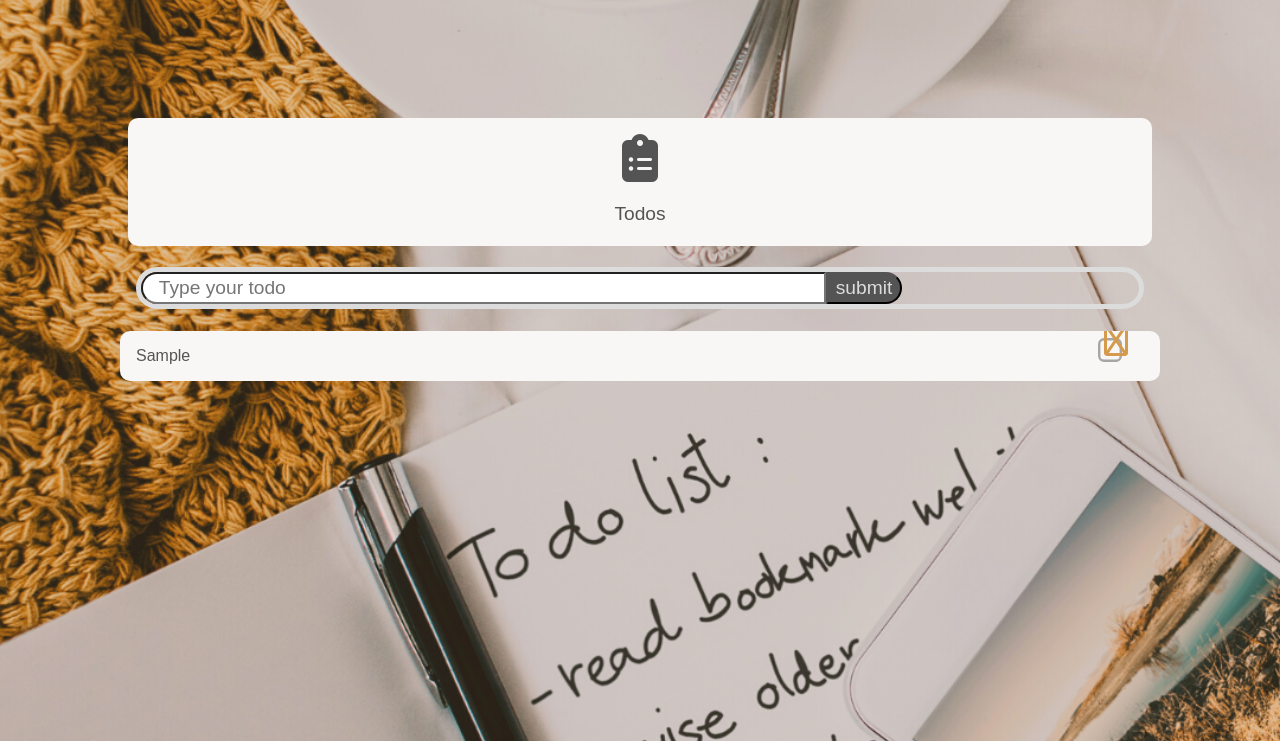
Repository: ShindanoSingi/My-Channel-Videos
Page: index.html
The author's editor kept a copy of each file at every save. The page is drawn from the files as they stood at one save, then again after the next save.
The browser window is 1280 px wide. The pictures show the whole page.
Empty fields were first filled with sample values (such as "Sample", 5 or name@example.com).
After loading, the first visible `#submit-button` was clicked once.
Some web libraries are served in a nearby version.

Above is the page before, as saved 2023-07-18 22:54:21.

### index.html
<!DOCTYPE html>
<html lang="en">
<head>
    <meta charset="UTF-8">
    <meta name="viewport" content="width=device-width, initial-scale=1.0">
    <link rel="stylesheet" href="https://cdnjs.cloudflare.com/ajax/libs/font-awesome/6.2.0/css/all.min.css" integrity="sha512-xh6O/CkQoPOWDdYTDqeRdPCVd1SpvCA9XXcUnZS2FmJNp1coAFzvtCN9BmamE+4aHK8yyUHUSCcJHgXloTyT2A==" crossorigin="anonymous" referrerpolicy="no-referrer" />
    <link rel="stylesheet" href="https://use.fontawesome.com/releases/v5.12.1/css/all.css" crossorigin="anonymous">
    <Link rel="stylesheet" href="style.css">
    <title>Todo App</title>
</head>
<body>
    <div class="container">
        <div class="top-div">
            <i class="todo-icon fa-solid fa-clipboard-list"></i>
            <span>Todos</span>
        </div>

        <div class="input-button-container">
            <input class="input-field" id="input-field" type="text" placeholder="Type your todo">
            <input type="submit" value="submit" class="submit-button" id="submit-button">
        </div>
        <div class="div-checkbox-containers-parent" id="div-checkbox-containers-parent">
            </div>
        </div>
    </div>
    <script src="index.js"></script>
</body>
</html>

### style.css
:root{
    --gray-color: #545454;
    --background-color: #F8F7F6;
    --general-font: 1.2rem;
    --light-blue:#1E90FF;
    --light-gray:#DCDCDC;
    --border-radius: 10px;
    --input-border-radius: 50px;
    --padding-x: 0.5rem;
    --padding-y: 0.2rem;
    --screen: 100vw;
    --orange: #D59A4C;
    --gray: #A6A6A6;
}

body{
    color: var(--gray-color);
    font-family: 'Montserrat', sans-serif;
    font-size: var(--general-font);
    background-image: url(images/Background.png);
    background-size: cover;
    background-repeat: no-repeat;
    background-position: center;
    width: fit-content;
    box-sizing: 0;
    margin: 0;
    padding: 0;
}

.todo-icon{
    font-size: 3rem;
}

.top-div{
    width: 80%;
    background: var(--background-color);
    display: grid;
    justify-items: center;
    height: 6rem;
    gap: 1rem;
    border-radius: var(--border-radius);
    padding: 1rem 0;
    margin-bottom: 1.3rem;
    margin-top: -17rem;
}

/* Input field */
input, .submit-button{
    font-size: var(--general-font);
}

.input-field{
    width: 65%;
    display: inline-block;
    border-radius: var(--input-border-radius) 0 0 var(--input-border-radius);
    padding: 0.2rem 1rem;
}

input:focus{
    outline: none;
    background-color: var(--light-gray);
}

.submit-button{
    color: var(--light-gray);
    padding: 0 0.4rem;
    display: inline-block;
    background-color: var(--gray-color);

    color: var(--light-gray);
    border-radius: 0 var(--input-border-radius) var(--input-border-radius) 0;
    padding: var(--padding-y) var(--padding-x);
}

.submit-button:hover{
    background-color: var(--orange);
}

.input-button-container{
    width: 78%;
    display: flex;
    align-items: center;
    border: 5px solid var(--light-gray);
    border-radius: var(--input-border-radius) var(--input-border-radius);
    margin-top: 2rem;
    margin: 0 auto;
    margin-bottom: 1.3rem;
    /* display: none; */
}

div.text{
    font-size: 1rem;
    width: 70%;
    overflow: scroll;
    padding: 1rem;
}

.checkbox{
    height: 1rem;
    width: 1rem;
    border: 2px solid var(--gray);
    border-radius: 5px;
    transform: scale(1.2);
}

.check-mark{
    font-size: 2rem;
    transform: scale(1.6);
    color: var(--orange);
    transform: translate(-1rem, -1rem);
}

.checkbox-icon{
    display: flex;
}

.div-checkbox-container{
    width: 100%;
    height: auto;
    display: flex;
    justify-content: space-between;
    align-items: center;
    background-color: var(--background-color);
    border-radius: var(--border-radius);
    padding-right: 1rem;
}

.div-checkbox-containers-parent{
    display: flex;
    flex-direction: column;
    align-items: center;
    gap: 1.5rem;
    padding: 0 2rem;
    width: 80%;
    max-height: 55vh;
    overflow-y: scroll;
    position: absolute;
    top: 46%;
}

.container{
    height: 100vh;
    width: 100vw;
    display: flex;
    flex-direction: column;
    align-items: center;
    justify-content: center;
    padding-bottom: 1.3rem;
}

### index.js
let button = document.getElementById("submit-button");
button.addEventListener("click", function () {

    let newDiv1 = document.getElementById("div-checkbox-containers-parent");

    let inputValue = document.getElementById("input-field");

    let newDiv2 = document.createElement("div");
    newDiv2.setAttribute('class', "div-checkbox-container");
    newDiv2.setAttribute("id", "div-checkbox-container");

    let newDiv3 = document.createElement("div");
    newDiv3.setAttribute("class", "text");
    newDiv3.setAttribute("id", "text");
    newDiv3.textContent = inputValue.value;

    let newDiv4 = document.createElement("div");
    newDiv4.setAttribute("class", "checkbox-icon");
    newDiv4.setAttribute("id", "checkbox-icon");

    let input = document.createElement("div");
    input.setAttribute("class", "checkbox");
    input.setAttribute("id", "checkbox");

    let i = document.createElement("i");
    i.setAttribute("class", 'check-mark fa-regular fa-check');
    i.setAttribute('id','check-mark');

    newDiv4.appendChild(input);
    newDiv4.appendChild(i);

    newDiv2.appendChild(newDiv3);
    newDiv2.appendChild(newDiv4);

    console.log(newDiv1)
    if (!inputValue.value) {
        alert("Please enter the text!")
        return
    }

    newDiv1.appendChild(newDiv2);

    newDiv1.scrollTop = newDiv1.scrollHeight;

    inputValue.value = ''
});

// const showCheckMark = () => {
//     let checkMark = document.getElementById('check-mark');
//     checkMark.style.zIndex = 1;
//     console.log("Lol")
// }

// let checkBoxIcon = document.getElementById('checkbox-icon');
// checkBoxIcon.addEventListener('click', (event) => {
//     showCheckMark()
// })

After the next save:
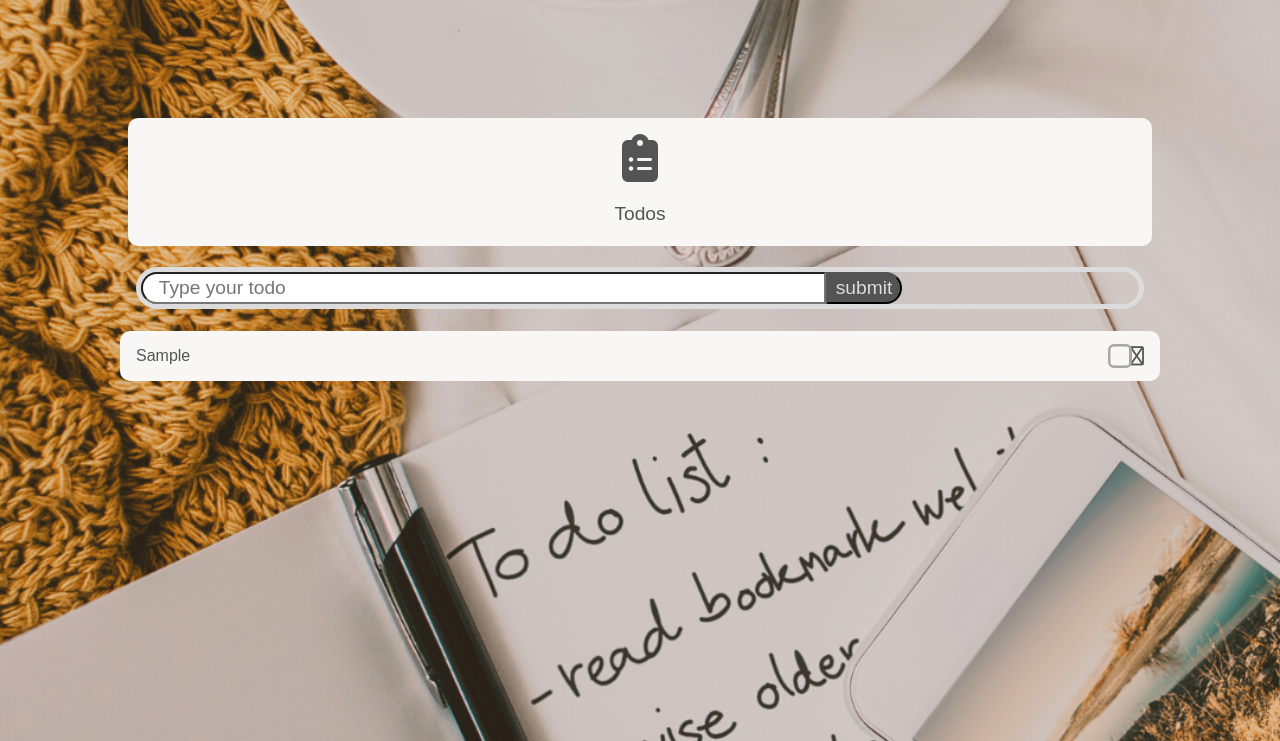
Saved 57 s later.
--- a/index.js
+++ b/index.js
@@ -23,7 +23,7 @@ button.addEventListener("click", function () {
     input.setAttribute("id", "checkbox");
 
     let i = document.createElement("i");
-    i.setAttribute("class", 'check-mark fa-regular fa-check');
+    i.setAttribute("class", 'fa-regular fa-check');
     i.setAttribute('id','check-mark');
 
     newDiv4.appendChild(input);
